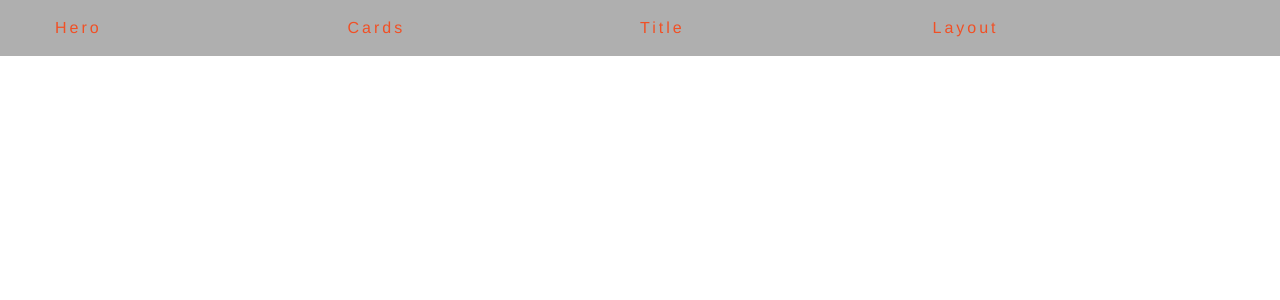
Repository: Ndifoinhilary/css_grid
Page: css-grid-learn/index.html
The author's editor kept a copy of each file at every save. The page is drawn from the files as they stood at one save, then again after the next save.
The browser window is 1280 px wide. The pictures show the whole page.

Above is the page before, as saved 2024-01-28 10:35:27.

After the next save:
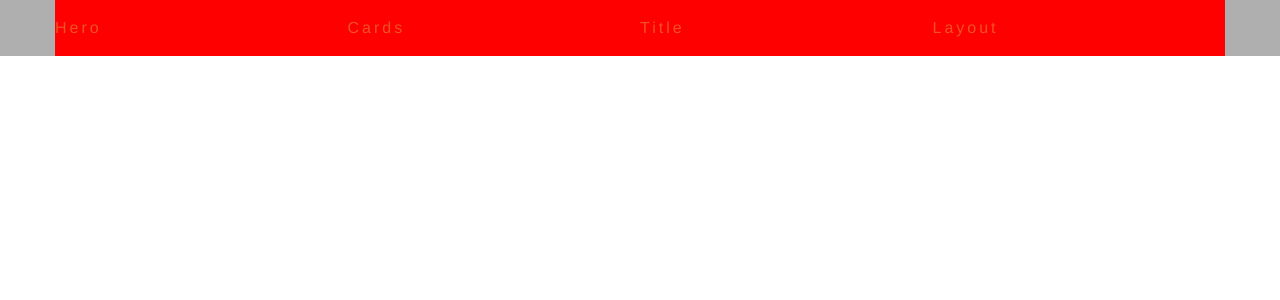
Saved 41 s later.
--- a/css-grid-learn/main.css
+++ b/css-grid-learn/main.css
@@ -125,5 +125,6 @@
         margin: 0 auto;
         display: grid;
         grid-template-columns: repeat(4, 1fr);
+        background: red;
     }
 }

After the save that followed:
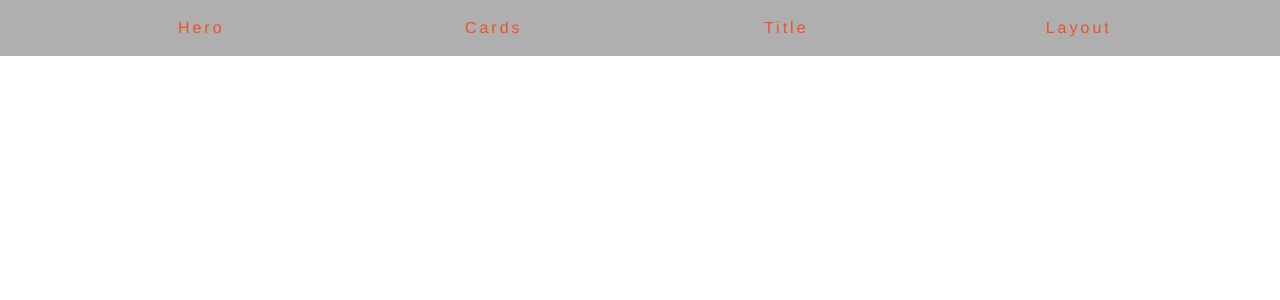
Saved 74 s later.
--- a/css-grid-learn/main.css
+++ b/css-grid-learn/main.css
@@ -125,6 +125,9 @@
         margin: 0 auto;
         display: grid;
         grid-template-columns: repeat(4, 1fr);
-        background: red;
+
+    }
+    .nav-links a {
+        text-align: center;
     }
 }
